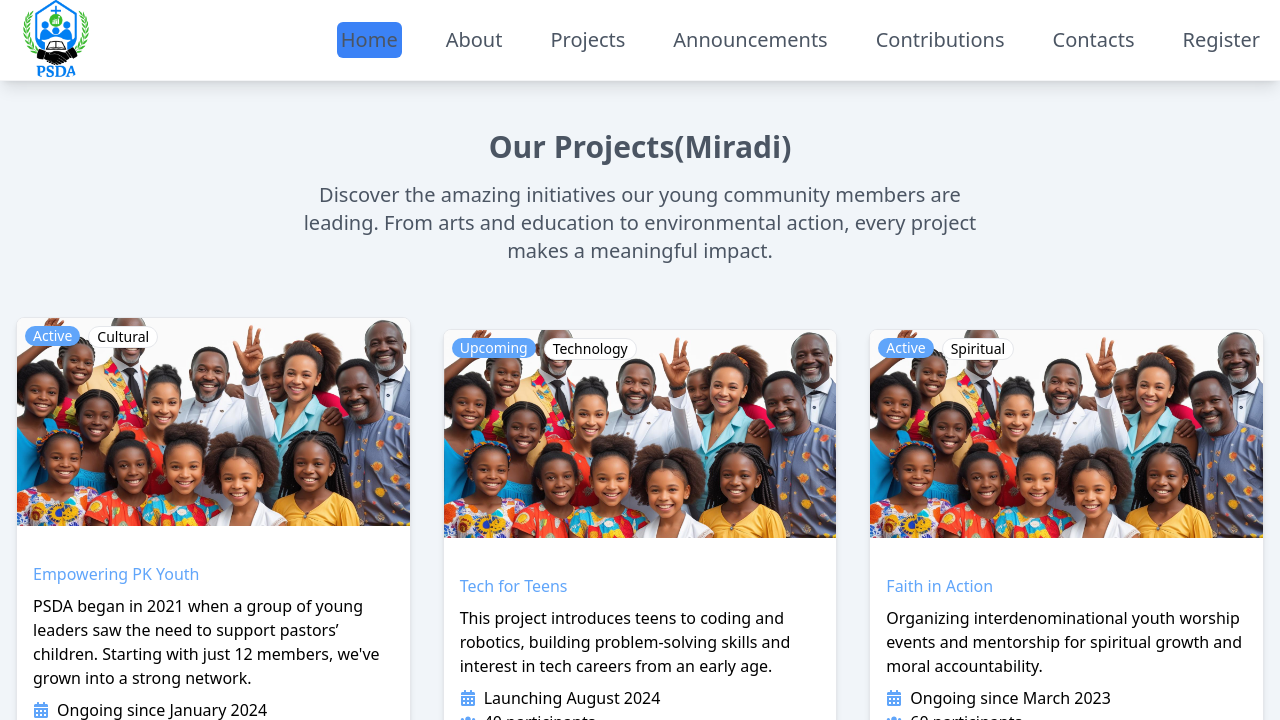
Repository: Zedestar/psda
Page: /projects
The author's editor kept a copy of each file at every save. The page is drawn from the files as they stood at one save, then again after the next save.
The browser window is 1280 px wide. The pictures show the whole page.
An inner scrolling area shows only its first screen. The project was rebuilt for these pictures with package versions that can differ from the ones it lists, and the page was loaded fresh each time. Also part of the build but not shown: src/components/cards/primary-card.jsx, src/components/cards/two-lines-card.jsx, src/components/homepic/index.jsx, src/pages/home/what-we-do.js, src/pages/home/what_makes_psda_special_data.js, src/pages/home/make_difference_data.js, src/pages/home/home.jsx, src/components/cards/leaders-card.jsx and 33 more.

Above is the page before, as saved 2025-08-09 15:17:28.

### public/index.html
<!DOCTYPE html>
<html lang="en">
  <head>
    <meta charset="utf-8" />
    <link rel="icon" href="%PUBLIC_URL%/favicon.ico" />
    <meta name="viewport" content="width=device-width, initial-scale=1" />
    <meta name="theme-color" content="#000000" />
    <meta
      name="description"
      content="Web site created using create-react-app"
    />
    <!-- <link rel="apple-touch-icon" href="%PUBLIC_URL%/psdaImage.png" /> -->
    <!-- <link rel="manifest" href="%PUBLIC_URL%/manifest.json" /> -->

    <title>psda</title>
  </head>
  <body>
    <noscript>You need to enable JavaScript to run this app.</noscript>
    <div id="root"></div>

  </body>
</html>

### src/index.js
import React from "react";
import ReactDOM from "react-dom/client";
import App from "./App";
import "./index.css";
import { BrowserRouter } from "react-router-dom";
import GlobalState from "./context";

const root = ReactDOM.createRoot(document.getElementById("root"));
root.render(
  <BrowserRouter>
    <React.StrictMode>
      <GlobalState>
        <App />
      </GlobalState>
    </React.StrictMode>
  </BrowserRouter>
);

### src/App.js
import { Route, Routes } from "react-router-dom";
import Header from "./components/header/header";
import Home from "./pages/home/home";
import AboutPage from "./pages/about/about";
import Projects from "./pages/projects/projects";
import Announcements from "./pages/announcements/announcements";
import Contributions from "./pages/contirbutions/contributions";
import Contacts from "./pages/contacts/contacts";
import Register from "./pages/register/register.jsx";

function App() {
  return (
    <div className="flex flex-col items-center flex-center h-screen  bg-slate-100">
      <Header />
      <Routes>
        <Route path="/" element={<Home />} />
        <Route path="/about" element={<AboutPage />} />
        <Route path="/projects" element={<Projects />} />
        <Route path="/announcements" element={<Announcements />} />
        <Route path="/contributions" element={<Contributions />} />
        <Route path="/contact" element={<Contacts />} />
        <Route path="/register" element={<Register />} />
      </Routes>
    </div>
  );
}

export default App;

### src/context/index.jsx
import { createContext, useEffect, useState } from "react";

export const GlobalContext = createContext(null);

function GlobalState({ children }) {
  const [subHeader, setSubHeader] = useState(false);

  const [active, setActive] = useState(() => {
    const activeTab = localStorage.getItem("activeTab");
    return activeTab ? JSON.parse(activeTab) : 1;
  });

  useEffect(() => {
    localStorage.setItem("activeTab", active);
  }, [active]);
  return (
    <GlobalContext.Provider
      value={{
        subHeader,
        setSubHeader,
        active,
        setActive,
      }}
    >
      {children}
    </GlobalContext.Provider>
  );
}

export default GlobalState;

### src/components/header/header.jsx
import { useContext } from "react";
import headerData from "./header-data";
import HeaderItem from "./header-item";
import psdaImage from "../../assets/images/psdaImage.png";
import { GlobalContext } from "../../context";
import { FaBars, FaTimes } from "react-icons/fa";

function Header() {
  const { active, setActive, subHeader, setSubHeader } =
    useContext(GlobalContext);
  return (
    <div className="w-full shadow-lg bg-white">
      <div className="w-full flex justify-center">
        <header className="w-full flex items-center justify-between px-4  border-b border-b-gray-100 max-w-screen-2xl">
          <div className="text-3xl rounded-full overflow-hidden">
            <img className="h-20 w-20" src={psdaImage} alt="" />
          </div>{" "}
          <ul className="hidden lg:flex justify-center py-5 space-x-10 flex-center">
            {headerData.map((item) => (
              <HeaderItem
                key={item.id}
                item={item}
                active={active}
                setActive={setActive}
              />
            ))}
          </ul>
          <div
            onClick={() => setSubHeader(!subHeader)}
            className="lg:hidden cursor-pointer hover:bg-blue-600 text-gray-600 hover:text-white transition-all duration-300 p-2 rounded-md "
          >
            {subHeader ? <FaTimes /> : <FaBars />}
          </div>
        </header>
      </div>
      {subHeader && (
        <ul className="lg:hidden flex flex-col items-center justify-center my-2 px-4 space-y-1">
          {headerData.map((item) => (
            <HeaderItem
              key={item.id}
              item={item}
              active={active}
              setActive={setActive}
            />
          ))}
        </ul>
      )}
    </div>
  );
}

export default Header;

### src/pages/projects/projects.jsx
import FullRoundedButton from "../../components/button/full-rounded-button.jsx";
import FaceCard from "../../components/cards/face-card";
import ProjectsCard from "../../components/cards/project-card";
import Container from "../../components/container";
import project_face_card_data from "./face-card-data";
import project_idea_data from "./project-idea-data";
import projectsData from "./projects-data";
import MinContainer from "../../components/min-container/min-container.jsx";
import MinContianerInsideContent from "../../components/min-container/min-container-inside-content.jsx";
import GridOrganizerContainer from "../../components/gridOrganizerContainer/index.jsx";
import Footer from "../../components/footer/footer.jsx";

function Projects() {
  return (
    <Container>
      <div className="w-[80%] flex items-center justify-center mt-2">
        {project_face_card_data.map((item) => (
          <FaceCard item={item} />
        ))}
      </div>
      <GridOrganizerContainer>
        {projectsData.map((item) => (
          <ProjectsCard item={item} key={item.id} />
        ))}
      </GridOrganizerContainer>

      <MinContainer>
        {project_idea_data.map((item) => (
          <FaceCard item={item} />
        ))}
        <MinContianerInsideContent>
          <FullRoundedButton
            text={"Submit your idea"}
            bgColor={"bg-blue-400"}
            textColor={"text-white"}
            onClick={null}
          />
          <FullRoundedButton
            text={"Join existing project"}
            bgColor={"bg-white"}
            textColor={"text-black"}
            onClick={null}
          />
        </MinContianerInsideContent>
      </MinContainer>
      <Footer />
    </Container>
  );
}

export default Projects;

### src/components/header/header-data.js
const headerData = [
  {
    id: 1,
    content: "Home",
    link: "/",
  },
  {
    id: 2,
    content: "About",
    link: "/about",
  },
  {
    id: 3,
    content: "Projects",
    link: "/projects",
  },
  {
    id: 4,
    content: "Announcements",
    link: "/announcements",
  },
  {
    id: 5,
    content: "Contributions",
    link: "/contributions",
  },
  {
    id: 6,
    content: "Contacts",
    link: "/contact",
  },
  {
    id: 7,
    content: "Register",
    link: "/register",
  },
];

export default headerData;

### src/components/header/header-item.jsx
import { Link } from "react-router-dom";
import { GlobalContext } from "../../context";
import { useContext } from "react";

function HeaderItem({ item, active, setActive }) {
  const { setSubHeader } = useContext(GlobalContext);
  return (
    <li
      className={`p-1 rounded-md text-xl text-gray-600 font-gray-100 hover:bg-gray-200 transition cursor-pointer w-full ${
        item.id === active ? "bg-blue-500" : ""
      }`}
      onClick={() => {
        setActive(item.id);
        setSubHeader(false);
      }}
    >
      <Link to={item.link}>{item.content}</Link>
    </li>
  );
}

export default HeaderItem;

### src/pages/home/psda-highlights.js
import {
  FaUsers,
  FaPalette,
  FaLaptopCode,
  //   GiProgression,
  FaChild,
} from "react-icons/fa";

const psdaHighlights = [
  {
    id: 1,
    title: "Community Building",
    content:
      "We connect young people to form lasting friendships and supportive peer networks that strengthen communities.",
    icon: <FaUsers className="text-4xl text-blue-400" />,
    color: "bg-blue-50",
    text_color: "text-gray-500",
  },
  {
    id: 2,
    title: "Creative Projects",
    content:
      "Our programs encourage hands-on learning through art, technology, and community improvement initiatives.",
    icon: <FaPalette className="text-4xl text-blue-400" />,
    color: "bg-blue-50",
    text_color: "text-gray-500",
  },
  {
    id: 3,
    title: "Character Development",
    content:
      "We help children build confidence, leadership skills, and positive values that prepare them for life’s challenges.",
    icon: <FaLaptopCode className="text-4xl text-blue-400" />,
    color: "bg-blue-50",
    text_color: "text-gray-500",
  },
  {
    id: 4,
    title: "Achievement Recognition",
    content:
      "We celebrate every milestone and accomplishment to inspire pride, motivation, and continued growth.",
    icon: <FaChild className="text-4xl text-blue-400" />,
    color: "bg-blue-50",
    text_color: "text-gray-500",
  },
];

export default psdaHighlights;

### src/components/button/full-rounded-button.jsx
function FullRoundedButton({ text, bgColor, textColor, onClick }) {
  return (
    <button
      className={`${bgColor} py-1 px-2 mx-4 ${textColor} text-sm md:text-md lg:text-xl border border-gray-50 rounded-full hover:scale-105 transition duration:300`}
      onClick={onClick}
    >
      {text}{" "}
    </button>
  );
}

export default FullRoundedButton;

### src/components/cards/face-card.jsx
function FaceCard({ item }) {
  return (
    <div className="space-y-4 flex flex-col items-center justify-center">
      <p className="text-xl lg:text-3xl w-[80%] font-bold text-gray-600 text-center">
        {item.title}
      </p>
      <p className="text-md lg:text-xl w-full md:w-[70%] text-center text-gray-600">
        {item.description}
      </p>
    </div>
  );
}

export default FaceCard;

### src/components/gridOrganizerContainer/index.jsx
function GridOrganizerContainer({ children }) {
  return (
    <div className="flex items-center justify-center my-14">
      <div className="grid place-items-center grid-cols-1 md:grid-cols-2 lg:grid-cols-3 max-w-screen-2xl">
        {children}
      </div>
    </div>
  );
}

export default GridOrganizerContainer;

### src/components/footer/footer.jsx
import followUsData from "./followUsData";
import contactInfoData from "./contactUsData";
import headerData from "../header/header-data";
import { GlobalContext } from "../../context";
import { Link } from "react-router-dom";
import { useContext } from "react";

function Footer() {
  const { setActive } = useContext(GlobalContext);
  return (
    <div className="w-full flex flex-col text-md md:text-lg text-gray-600 space-y-4 py-2 px-6 border-t-2">
      <div className="grid xs:grid-cols-1  sm:grid-cols-2 md:grid-cols-4 my-3 gap-4">
        <div>
          <p className="font-bold">PSDA</p>
          <p>
            Empowering children and youth to create positive change in their
            communities through education, collaboration, and meaningful
            projects
          </p>
        </div>
        <div>
          <p className="font-bold">Quick Link</p>
          <ul className="space-y-1">
            {headerData.map((item) => (
              <li key={item.id} className="hover:underline">
                <Link to={item.link} onClick={() => setActive(item.id)}>
                  {item.content}
                </Link>
              </li>
            ))}
          </ul>
        </div>
        <div>
          <p className="font-bold">Contact</p>
          <ul className="space-y-1">
            {contactInfoData.map((item) => (
              <li key={item.id} className="flex items-center space-x-2">
                {item.icon}
                <a href={item.link} target="_blank" rel="noopener noreferrer">
                  {item.label}
                </a>
              </li>
            ))}
          </ul>
        </div>
        <div>
          <p className="font-bold">Follow us</p>
          <ul className="space-y-1">
            {followUsData.map((item) => (
              <li key={item.id} className="flex items-center space-x-2">
                {item.IconBase}
                <a href={item.link} target="_blank" rel="noopener noreferrer">
                  {item.name}
                </a>
              </li>
            ))}
          </ul>
        </div>
      </div>
      <hr className="bg-blue-500"></hr>
      <div className="flex justify-between items-center">
        <div> PSDA Community. All rights reserved</div>
        <div>Privacy policy Term of service</div>
      </div>
    </div>
  );
}

export default Footer;

### src/components/container/index.jsx
function Container({ children }) {
  return (
    <div className="w-full h-full flex justify-center overflow-x-scroll">
      <div className="w-full h-full py-10 space-y-10 max-w-screen-2xl flex flex-col items-center">
        {children}
      </div>
    </div>
  );
}

export default Container;

### src/pages/about/core-objective-goals-data.js
import {
  AiOutlineTeam,
  AiOutlineBulb,
  AiOutlineTool,
  AiOutlineStar,
  AiOutlineGift,
} from "react-icons/ai";

const core_objectives_data = [
  {
    id: 1,
    title: "Fellowship and Networking",
    content:
      "To foster strong, lasting relationships among pastors' children by encouraging unity, love, and mutual support within the community.",
    icon: <AiOutlineTeam className="text-3xl text-teal-500" />,
    color: "bg-teal-50",
    text_color: "text-teal-500",
  },
  {
    id: 2,
    title: "Opportunity Awareness",
    content:
      "To actively seek out and share opportunities for growth, development, and advancement—both spiritually and economically.",
    icon: <AiOutlineBulb className="text-3xl text-purple-500" />,
    color: "bg-purple-50",
    text_color: "text-purple-500",
  },
  {
    id: 3,
    title: "Problem Solving",
    content:
      "To openly discuss and confront common challenges we face as a community, and work hand in hand to find sustainable solutions.",
    icon: <AiOutlineTool className="text-3xl text-yellow-500" />,
    color: "bg-yellow-50",
    text_color: "text-yellow-500",
  },
  {
    id: 4,
    title: "Talent Discovery & Development",
    content:
      "To identify, nurture, and empower the God-given talents within us, enabling every member to reach their full potential.",
    icon: <AiOutlineStar className="text-3xl text-pink-500" />,
    color: "bg-pink-50",
    text_color: "text-pink-500",
  },
  {
    id: 5,
    title: "Support for Our Parents",
    content:
      "To express gratitude and honor our pastoral parents by supporting them in practical ways—spiritually, emotionally, and materially.",
    icon: <AiOutlineGift className="text-3xl text-red-500" />,
    color: "bg-red-50",
    text_color: "text-red-500",
  },
];

export default core_objectives_data;

### src/pages/about/mission-vission-impact.js
import { AiOutlineAim, AiOutlineEye, AiOutlineHeart } from "react-icons/ai";

const mission_vission_impact_data = [
  {
    id: 1,
    title: "Our mission",
    content:
      "We envision a generation of spiritually grounded, socially responsible, and purpose-driven leaders from pastoral families who carry forward a legacy of faith, compassion, and community influence.",

    icon: <AiOutlineAim className="text-3xl text-green-500" />,
    color: "bg-green-50",
    text_color: "text-green-500",
  },
  {
    id: 2,
    title: "Our vision",
    content:
      "We exist to empower pastors’ children through mentorship, discipleship, skill-building, and fellowship—equipping them to thrive in every area of life and fulfill their divine calling.",
    icon: <AiOutlineEye className="text-3xl text-blue-500" />,
    color: "bg-blue-50",
    text_color: "text-blue-500",
  },
  {
    id: 3,
    title: "Our impact",
    content:
      "Through impactful programs and community-building initiatives, P.S.D.A. is restoring identity, building leadership, and inspiring pastors’ children to walk boldly in purpose while honoring their heritage.",
    icon: <AiOutlineHeart className="text-3xl text-orange-400" />,
    color: "bg-orange-50",
    text_color: "text-orange-500",
  },
];

export default mission_vission_impact_data;

### src/components/cards/project-card.jsx
import { FaCalendarAlt, FaMapMarkedAlt, FaUsers } from "react-icons/fa";

function ProjectsCard({ item }) {
  return (
    <div className="rounded-lg overflow-hidden my-3 h-fit border space-y-5 mx-4 hover:scale-105 transition bg-white shadow-md">
      <div
        className="h-52"
        style={{
          backgroundImage: "url('images/psdas.jpg')",
          backgroundSize: "cover",
          backgroundPosition: "center",
        }}
      >
        <div className="flex items-start justify-start text-sm  space-x-2 p-2">
          <p className="bg-blue-400 text-white  rounded-full px-2">
            {item.status}
          </p>
          <p className="border bg-white text-black rounded-full px-2">
            {item.category}
          </p>
        </div>
      </div>
      <div className="p-4 space-y-2">
        <div>
          <p className="text-md text-blue-400">{item.title}</p>
        </div>
        <div>
          <p className="">{item.description}</p>
        </div>
        <ul>
          <li className="flex items-center space-x-2">
            <FaCalendarAlt className="text-blue-400" />
            <p>{item.date}</p>
          </li>
          <li className="flex items-center space-x-2">
            <FaUsers className="text-blue-400" />
            <p>{item.participants}</p>
          </li>
          <li className="flex items-center space-x-2">
            <FaMapMarkedAlt className="text-blue-400" />
            <p>{item.location}</p>{" "}
          </li>
        </ul>
        <button className="m-4 bg-blue-400 w-[80%] py-2 rounded-md">
          Learn more
        </button>
      </div>
    </div>
  );
}

export default ProjectsCard;

### src/pages/projects/face-card-data.js
const project_face_card_data = [
  {
    title: "Our Projects(Miradi)",
    description:
      "Discover the amazing initiatives our young community members are leading. From arts and education to environmental action, every project makes a meaningful impact.",
  },
];

export default project_face_card_data;

### src/pages/projects/project-idea-data.js
const project_idea_data = [
  {
    title: "Have a Project Idea?",
    description:
      "We're always looking for new ways to make a positive impact in our community. Share your ideas with us and let's make them happen together!",
  },
];

export default project_idea_data;

### src/components/min-container/min-container.jsx
function MinContaier({ children }) {
  return (
    <div className="bg-slate-200 py-8 rounded-lg space-y-4 hover:shadow-xl border border-gray-300 transition">
      {children}
    </div>
  );
}

export default MinContaier;

### src/components/min-container/min-container-inside-content.jsx
function MinContianerInsideContent({ children }) {
  return (
    <div className="flex items-center justify-center my-2">{children}</div>
  );
}

export default MinContianerInsideContent;

### src/pages/contirbutions/other_way_to_support_us_card_data.js
import {
  AiOutlineTeam,
  AiOutlineHeart,
  AiOutlineApartment,
} from "react-icons/ai";

const other_way_to_support_us_card_data = [
  {
    id: 1,
    icon: <AiOutlineTeam className="text-4xl text-blue-500 " />,
    title: "Volunteer Your Time",
    content: "Share your skills and passion with our community members.",
    buttonText: "Learn About Volunteering",
    cardBgColor: "bg-gray-200",
  },
  {
    id: 2,
    icon: <AiOutlineHeart className="text-4xl text-blue-500" />,
    title: "Spread the Word",
    content: "Help us reach more families by sharing our mission.",
    buttonText: "Share Our Story",
    cardBgColor: "bg-gray-200",
  },
  {
    id: 3,
    icon: <AiOutlineApartment className="text-4xl text-blue-500" />,
    title: "Corporate Partnership",
    content: "Partner with us for employee engagement and community impact.",
    buttonText: "Explore Partnership",
    cardBgColor: "bg-gray-200",
  },
];

export default other_way_to_support_us_card_data;

### src/pages/contirbutions/method_of_contributing.js
import { AiOutlineBank, AiOutlinePhone, AiOutlineApi } from "react-icons/ai";

const method_of_contributing = [
  {
    id: 1,
    icon: <AiOutlineApi className="text-3xl text-blue-500" />,
    title: "Online Donation",
    content: "Secure online payments via credit card or PayPal",
    buttonText: "Donate Now",
    cardBgColor: "bg-white",
  },
  {
    id: 2,
    icon: <AiOutlinePhone className="text-3xl text-blue-500" />,
    title: "Mobile Money",
    content: "M-Pesa, Airtel Money, Mixx By Yas, Halo-Pesa",
    buttonText: "Send Payment",
    cardBgColor: "bg-white",
  },
  {
    id: 3,
    icon: <AiOutlineBank className="text-3xl text-blue-500" />,
    title: "Bank Transfer",
    content: "Direct bank transfer to our community account",
    buttonText: "Get Details",
    cardBgColor: "bg-white",
  },
];

export default method_of_contributing;

//  id: 1,
//     icon: <AiOutlineTeam className="text-4xl text-blue-500 " />,
//     title: "Volunteer Your Time",
//     content: "Share your skills and passion with our community members.",
//     buttonText: "Learn About Volunteering",
//     cardBgColor: "bg-transparent",

### src/pages/contacts/contact-data.js
import { AiOutlineAim, AiOutlineMessage, AiOutlinePhone } from "react-icons/ai";

const contactData = [
  {
    id: 1,
    icon: <AiOutlineMessage className="text-4xl text-blue-400 " />,
    title: "Email Us",
    subTitle: "info@psda.org",
    content: "Send us an email and we'll respond within 24 hours",
    buttonText: "Send Email",
    cardBgColor: "bg-gray-200",
  },
  {
    id: 2,
    icon: <AiOutlinePhone className="text-4xl text-blue-400" />,
    title: "Call Us",
    subTitle: "+255 674 723515",
    content: "Speak with our team Monday-Friday, 9 AM - 5 PM",
    buttonText: "Call Now",
    cardBgColor: "bg-gray-200",
  },
  {
    id: 3,
    icon: <AiOutlineAim className="text-4xl text-blue-400" />,
    title: "Visit Us",
    subTitle: "Morogoro Manzese, street 123",
    content: "Drop by our community center during operating hours",
    buttonText: "Get Directions",
    cardBgColor: "bg-gray-200",
  },
];

export default contactData;

### src/components/footer/followUsData.js
import {
  FaTiktok,
  FaFacebookF,
  FaWhatsapp,
  FaTwitter,
  FaInstagram,
} from "react-icons/fa";

const followUsData = [
  {
    id: 1,
    IconBase: <FaTiktok className="text-blue-400" />,
    name: "TikTok",
    link: "https://www.tiktok.com/@psda_org",
  },
  {
    id: 2,
    IconBase: <FaFacebookF className="text-blue-400" />,
    name: "Facebook",
    link: "https://www.facebook.com/psda_org",
  },
  {
    id: 3,
    IconBase: <FaWhatsapp className="text-blue-400" />,
    name: "WhatsApp",
    link: "https://wa.me/+255672743515",
  },
  {
    id: 4,
    IconBase: <FaTwitter className="text-blue-400" />,
    name: "Twitter",
    link: "https://twitter.com/psda_org",
  },
  {
    id: 5,
    IconBase: <FaInstagram className="text-blue-400" />,
    name: "Instagram",
    link: "https://www.instagram.com/psda_org",
  },
];

export default followUsData;

### src/components/footer/contactUsData.js
import { FaEnvelope, FaPhoneAlt, FaMapMarkerAlt } from "react-icons/fa";

const contactInfoData = [
  {
    id: 1,
    icon: <FaEnvelope className="text-blue-400" />,
    label: "info@psda.org",
    link: "mailto:info@psda.org",
  },
  {
    id: 2,
    icon: <FaPhoneAlt className="text-blue-400" />,
    label: "+255 784 584 231",
    link: "tel:+255784584231",
  },
  {
    id: 3,
    icon: <FaMapMarkerAlt className="text-blue-400" />,
    label: "123 Morogoro Manzese",
    link: null, // could add Google Maps if desired
  },
];

export default contactInfoData;

### tailwind.config.js
/** @type {import('tailwindcss').Config} */
module.exports = {
  content: ["./src/**/*.{js,jsx,ts,tsx}"],
  theme: {
    extend: {
      colors: {
        psdaGreen: "#1A8F57",
      },
    },
  },
  plugins: [],
};

Loaded but not shown: src/index.css (common file); src/pages/projects/projects-data.js (64 lines, source omitted); src/components/homepic/index.css (no stored copy; drawn as an empty file)

After the next save:
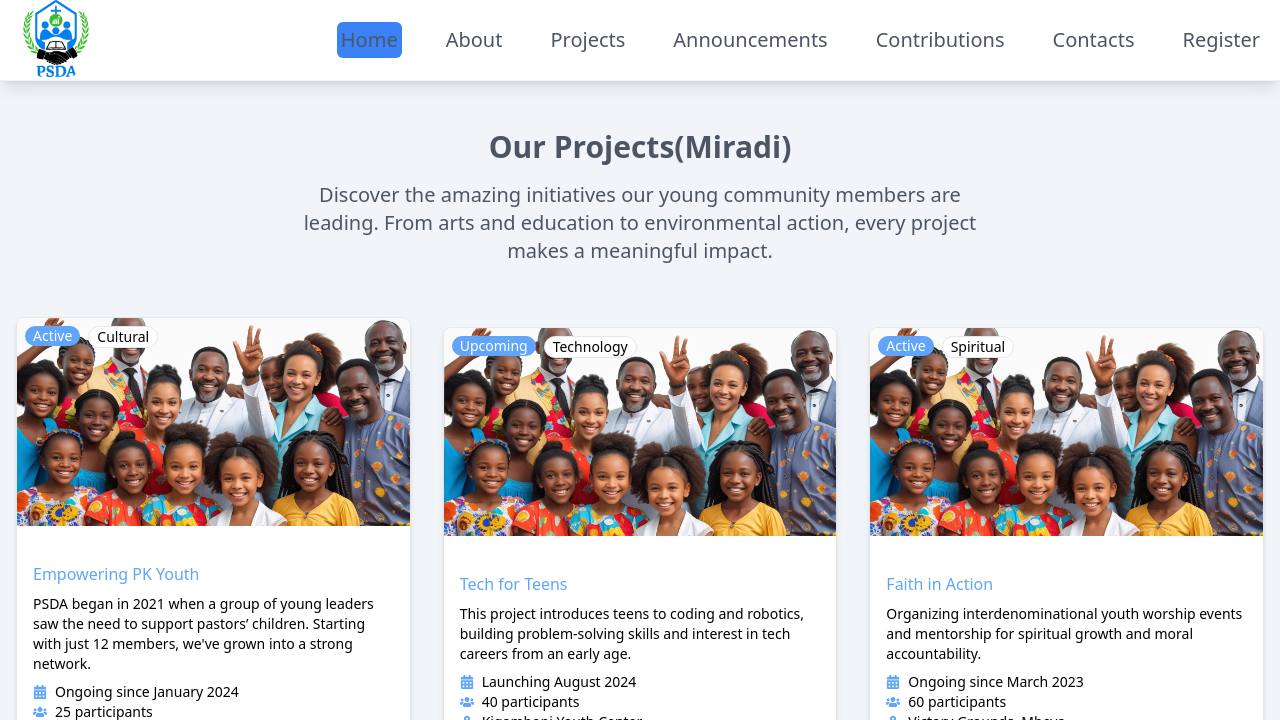
Saved 32 s later.
--- a/src/components/cards/project-card.jsx
+++ b/src/components/cards/project-card.jsx
@@ -25,9 +25,9 @@ function ProjectsCard({ item }) {
           <p className="text-md text-blue-400">{item.title}</p>
         </div>
         <div>
-          <p className="">{item.description}</p>
+          <p className="text-sm">{item.description}</p>
         </div>
-        <ul>
+        <ul className="text-sm">
           <li className="flex items-center space-x-2">
             <FaCalendarAlt className="text-blue-400" />
             <p>{item.date}</p>
